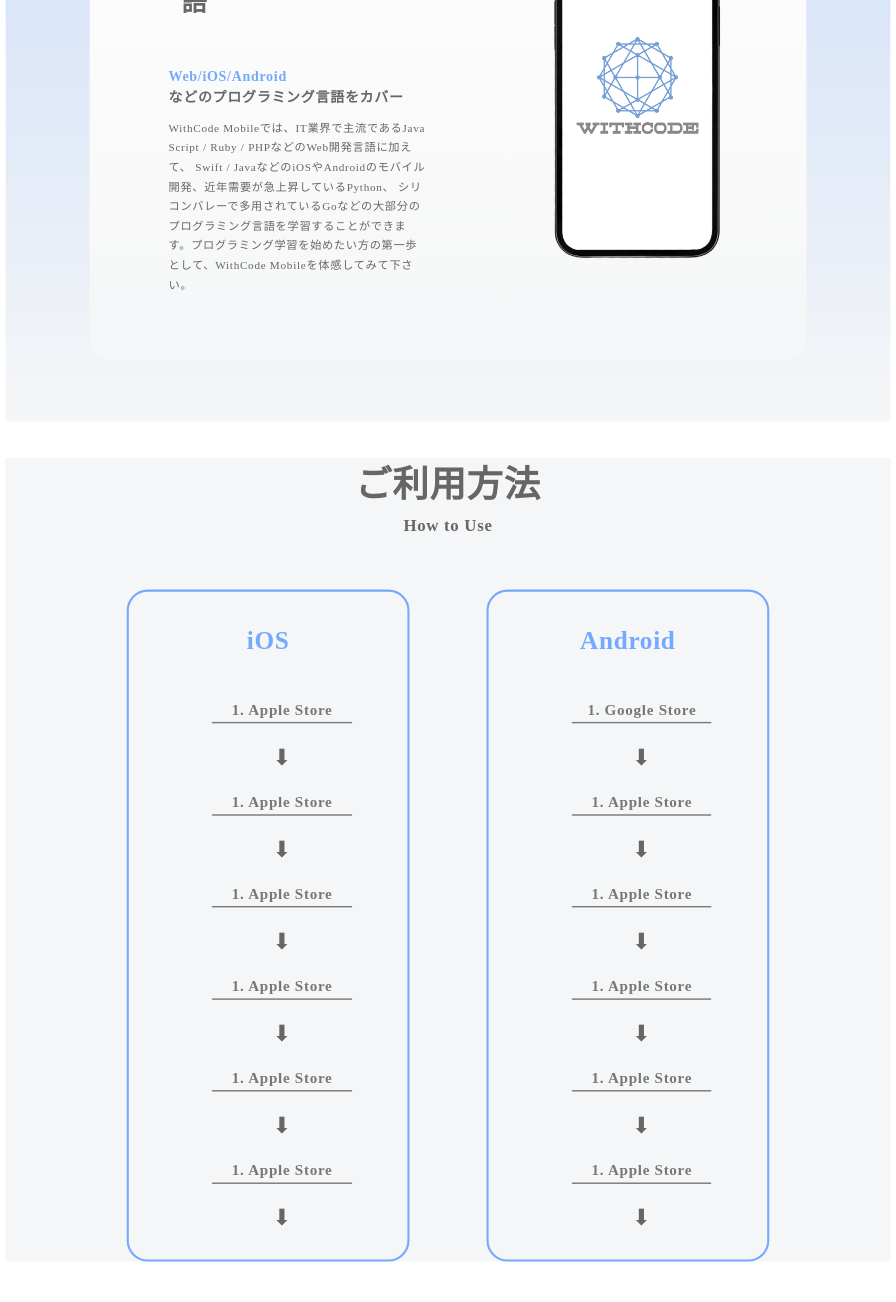
Repository: nozomi-23/LP2
Page: index.html
An editor plug-in stored every save of this project. The page is shown before and after the next save, followed by the edit.
The browser window is 1280 px wide. The pictures show the part of the page from y = 3415 to 5335 px (the page is 5275 px tall before and 5335 px after), at 70% of full size.

Above is the page before, as saved 2022-06-15 18:17:03.
Not found: css/reset.css

### index.html
<!DOCTYPE html>
<html lang="en">
<head>
  <meta charset="UTF-8">
  <title>プログラミング教材「WithCode」</title>
  <meta name="description" content="「人生をコードと共に」というビジョンを達成するべく、皆さんのプログラミング学習をサポートします。">
  <meta name="keywords" content="IT,プログラミング,コミュニティ">
  <meta name="viewport" content="width=device-width, initial-scale=1.0">
  <meta property="og:title" content="プログラミング教材「WithCode」">
  <meta property="og:type" content="article">
  <meta property="og:url" content="https://withcode-plus.tech">
  <meta property="og:image" content="img/logo.png">
  <meta property="og:description" content="「人生をコードと共に」というビジョンを達成するべく、皆さんのプログラミング学習をサポートします。">
  <meta property="og:site_name" content="プログラミング教材">
  <link rel="icon" href="favicon.ico">
  <link rel="apple-touch-icon" sizes="180x180" href="img/logo.png">
  <link rel="stylesheet" type="text/css" href="css/reset.css">
  <link rel="stylesheet" type="text/css" href="css/common.css">
</head>
<body>
  <!--======================= header -->
  <header>
    <div class="header_inner">
      <a href="#" class="header_logo">
        <img src="img/logo_1.png" alt="ロゴ画像">
      </a>
      <nav class="header_nav">
        <ul>
          <li><a href="#intro">アプリ紹介</a></li>
          <li><a href="#how">ご利用方法</a></li>
          <li><a href="#faq">よくある質問</a></li>
          <li><a href="#news">お知らせ</a></li>
          <li class="contact"><a href="#contact">お問い合わせ</a></li>
        </ul>
      </nav>
    </div>
    <!-- ハンバーガーメニュー CSS64行目〜 -->
    <div class="drawer"></div>
  </header>
  <main>
    <!--======================= top -->
    <section class="top section">
      <div class="inner">
        <div class="top_wrapper">
          <div class="top_left">
            <h1 class="font1">
              <p>WithCode Mobile</p>
              <small>−ゲームでプログラミン学習を−</small>
            </h1>
            <div class="download_wrapper">
              <div class="download_app">
                <a href="https://www.apple.com/jp/app-store/">
                  <img src="img/apple.png" alt="app store">
                </a>
              </div>
              <div class="download_google">
                <a href="https://play.google.com/store/apps?hl=ja&gl=US">
                  <img src="/img/google.png" alt="Google_Play">
                </a>
              </div>
            </div>
          </div>
          <div class="top_right">
            <img src="img/app_img_1.png" alt="スマホ画像">
          </div>
        </div>
      </div>
    </section>
    <!--======================= feature -->
    <section class="feature">
      <div class="inner">
        <h2 class="font2">
          WithCode Mobile<br>ゲームで学習するとは
        </h2>
        <p class="feature_txt">「WithCode
        Mobile」は既存のプログラミング学習には存在しない、ゲームを通じて楽しみながらプログラミングを学習することを可能にします。社会のIT化が進む中で、これまで以上に優秀なIT人材が必須となっています。この社会課題に対して、WithCode
        Mobileはゲームを通じてIT人材を排出していきます。また、楽しみながらの学習を可能にしているので、挫折率を圧倒的に減少させることに成功しています。さあ、新たな手法でプログラミングを学習しましょう！</p>
      </div>
    </section>
    <!--======================= intro -->
    <section class="intro section" id="intro">
      <div class="inner">
        <h3 class="font3">アプリ紹介
          <small>Introduction</small></h3>
        <div class="app_all">
          <div class="app_innre">
            <div class="app_wrapper">
              <div class="app_left">
                <h4 class="font4">多種多様な<br>プログラミング言語</h4>
                <h5 class="font5">
                  <strong>Web/iOS/Android</strong>
                  <br>などのプログラミング言語をカバー
                </h5>
                <p class="descript">WithCode Mobileでは、IT業界で主流であるJavaScript / Ruby / PHPなどのWeb開発言語に加えて、 Swift / JavaなどのiOSやAndroidのモバイル開発、近年需要が急上昇しているPython、
                シリコンバレーで多用されているGoなどの大部分のプログラミング言語を学習することができます。プログラミング学習を始めたい方の第一歩として、WithCode Mobileを体感してみて下さい。</p>
              </div>
              <div class="app_right">
                <img src="img/app_img_2.png" alt="アプリ紹介１">
              </div>
            </div>
          </div>
          <div class="app_innre">
            <div class="app_wrapper reverse_wrapper">
              <div class="app_left raverse_left">
                <h4 class="font4">多種多様な<br>プログラミング言語</h4>
                <h5 class="font5">
                  <strong>Web/iOS/Android</strong>
                  <br>などのプログラミング言語をカバー
                </h5>
                <p class="descript">WithCode Mobileでは、IT業界で主流であるJavaScript / Ruby / PHPなどのWeb開発言語に加えて、 Swift /
                  JavaなどのiOSやAndroidのモバイル開発、近年需要が急上昇しているPython、
                  シリコンバレーで多用されているGoなどの大部分のプログラミング言語を学習することができます。プログラミング学習を始めたい方の第一歩として、WithCode Mobileを体感してみて下さい。</p>
              </div>
              <div class="app_right reverse_right">
                <img src="img/app_img_2.png" alt="アプリ紹介１">
              </div>
            </div>
          </div>
          <div class="app_innre">
            <div class="app_wrapper">
              <div class="app_left">
                <h4 class="font4">多種多様な<br>プログラミング言語</h4>
                <h5 class="font5">
                  <strong>Web/iOS/Android</strong>
                  <br>などのプログラミング言語をカバー
                </h5>
                <p class="descript">WithCode Mobileでは、IT業界で主流であるJavaScript / Ruby / PHPなどのWeb開発言語に加えて、 Swift /
                  JavaなどのiOSやAndroidのモバイル開発、近年需要が急上昇しているPython、
                  シリコンバレーで多用されているGoなどの大部分のプログラミング言語を学習することができます。プログラミング学習を始めたい方の第一歩として、WithCode Mobileを体感してみて下さい。</p>
              </div>
              <div class="app_right">
                <img src="img/app_img_2.png" alt="アプリ紹介１">
              </div>
            </div>
          </div>
        </div>
      </div>
    </section>
        <!--======================= how -->
    <section class="how secton" id="how">
      <div class="inner">
        <h3 class="font3 font3_sub">ご利用方法
          <small>How to Use</small>
        </h3>
        <div class="how_wrapper">
          <div class="how_block">
            <h4 class="font4 font4_sub">iOS</h4>
            <ul class="how_list">
              <li>1. Apple Store</li>
              <p>⬇︎</p>
              <li>1. Apple Store</li>
              <p>⬇︎</p>
              <li>1. Apple Store</li>
              <p>⬇︎</p>
              <li>1. Apple Store</li>
              <p>⬇︎</p>
              <li>1. Apple Store</li>
              <p>⬇︎</p>
              <li>1. Apple Store</li>
              <p>⬇︎</p>
            </ul>
          </div>
          <div class="how_block">
            <h4 class="font4 font4_sub">Android</h4>
            <ul class="how_list">
              <li>1. Google Store</li>
              <p>⬇︎</p>
              <li>1. Apple Store</li>
              <p>⬇︎</p>
              <li>1. Apple Store</li>
              <p>⬇︎</p>
              <li>1. Apple Store</li>
              <p>⬇︎</p>
              <li>1. Apple Store</li>
              <p>⬇︎</p>
              <li>1. Apple Store</li>
              <p>⬇︎</p>
            </ul>
          </div>
        </div>
      </div>
    </section>
  </main>
</body>
</html>

### css/common.css
@charset "UTF-8";

body {
  font-size: 18px;
  line-height: 1;
  letter-spacing: 1px;
  word-break: break-all;
  color: #666;
}

a {
  text-decoration: none;
  color: #666;
}

li {
  list-style: none;
}
/* ===================
header
=======================*/
.header_inner {
  display: flex;
  justify-content: space-between;
  align-items: center;
  margin: 1%;
}
.header_logo {
  width: 20%;
}
.header_logo img {
  width: 100%;
  height: 100%;
}
.header_nav {
  width: 70%;
}
.header_nav ul {
  display: flex;
  justify-content: flex-end;
  align-items: center;
}
.header_nav ul li {
  text-align: center;
  font-size: 1.1rem;
  font-weight: bold;
  margin: 0 2%;
}
.header_nav ul li:hover {
  opacity: 0.5;
}
.contact {
  width: 18%;
  background: #75a9ff;
  border-radius: 30px;
  line-height: 3;
}
.contact a {
  color: #fff;
  display: block;
  width: 100%;
  height: 100%;
}
/* ハンバーガーメニュー 要素を不可視にする*/
.drawer {
  visibility: hidden;
}
/* ===================
共通レイアウト
=======================*/
.section {
  padding: 7% 0 ;
  position: relative;
}
.inner {
  width: 90%;
  margin: 0 auto;
}
/* ===================
top
=======================*/
.top_wrapper {
  display: flex;
  justify-content: space-evenly;
  align-items: center;
}
.top_left {
  width: 50%;
}
.font1 {
  font-size: 1.5rem;
  font-weight: bold;
  text-align: center;
}
.font1 p {
  font-size: 3.25rem;
  text-align: center;
  color: #75a9ff;
  line-height: 2;
}
.font1 small {
  font-size: 1.75rem;
  font-weight: bold;
}
.download_wrapper {
  display: flex;
  margin: 5% 0;
}
.download_app {
  width: 50%;
}
.download_app a {
  display: flex;
  justify-content: center;
}
.download_app img {
  width: 60%;
}
.download_google {
  width: 50%;
}
.download_google a {
  display: flex;
  justify-content: center;
}
.download_google img {
  width: 60%;
}
.top_right {
  width: 40%;
}
.top_right img {
  width: 100%;
  height: 100%;
}
/* ===================
feature
=======================*/
.feature {
  width: 75%;
  margin: 0 auto;
}
.font2 {
  font-size: 1.75rem;
  color: #75a9ff;
  line-height: 1.5;
  margin-bottom: 2.5%;
}
.font2::after {
  content: "";
  background: #75a9ff;
  height: 2px;
  width: 10%;
  display: inline-block;
  vertical-align: middle;
  margin-left: 2%;
}
.feature_txt {
  line-height: 1.8;
}
/* ===================
intro
=======================*/
.intro {
  background: linear-gradient(to bottom, #75a9ff, #f5f6f7);
  margin-top: 5%;
}
.font3 {
  font-size: 3.25rem;
  color: #fff;
  text-align: center;
  padding-bottom: 1.5%;
  line-height: 1.5;
}
.font3 small {
  font-size: 1.5rem;
  display: block;
}
.app_all {
  width: 90%;
  margin: 0 auto;
}
.app_innre {
  background: linear-gradient(to bottom, #fff, #f5f6f7);
  border-radius: 30px;
  padding: 7.5% 5%;
  margin-top: 5%;
}
.app_wrapper {
  display: flex;
  justify-content: space-evenly;
  align-items: center;
}
.app_left {
  width: 40%;
}
.font4 {
  font-size: 2.25rem;
  line-height: 1.25;
  padding: 5%;
}
.font5 {
  font-size: 1.25rem;
  margin-bottom: 3%;
  line-height: 1.5;
}
.font5 strong {
  color: #75a9ff;
}
.descript {
  font-size: 1rem;
  line-height: 1.75;
}
.app_right{
  width: 40%;
  display: flex;
  justify-content: flex-end;
}
.app_right img {
  width: 70%;
}
.reverse_wrapper {
  flex-flow: row-reverse;
}
.reverse_right {
  justify-content: flex-start;
}
/* ===================
how
=======================*/
.how {
  background: #f5f6f7;
}
.font3_sub {
  color: #666;
}
.how_wrapper {
  display: flex;
  justify-content: space-evenly;
  align-items: center;
  margin: 5% 0;
}
.how_block {
  width: 35%;
  border: 3px solid #75a9FF;
  border-radius: 30px;
  text-align: center;
}
.font4_sub {
color: #75a9ff;
padding: unset;
font-size: 2.25rem;
}
.how_list {
  display: inline-block;
  width: 50%;
  margin: 3% 0;
}
.how_list li {
  border-bottom: 2.5px solid #777;
  padding: 3%;
  font-size: 1.35rem;
  font-weight: bold;
  color: #777;
}
.how_list p {
  font-size: 2rem;
  p
}

After the next save:
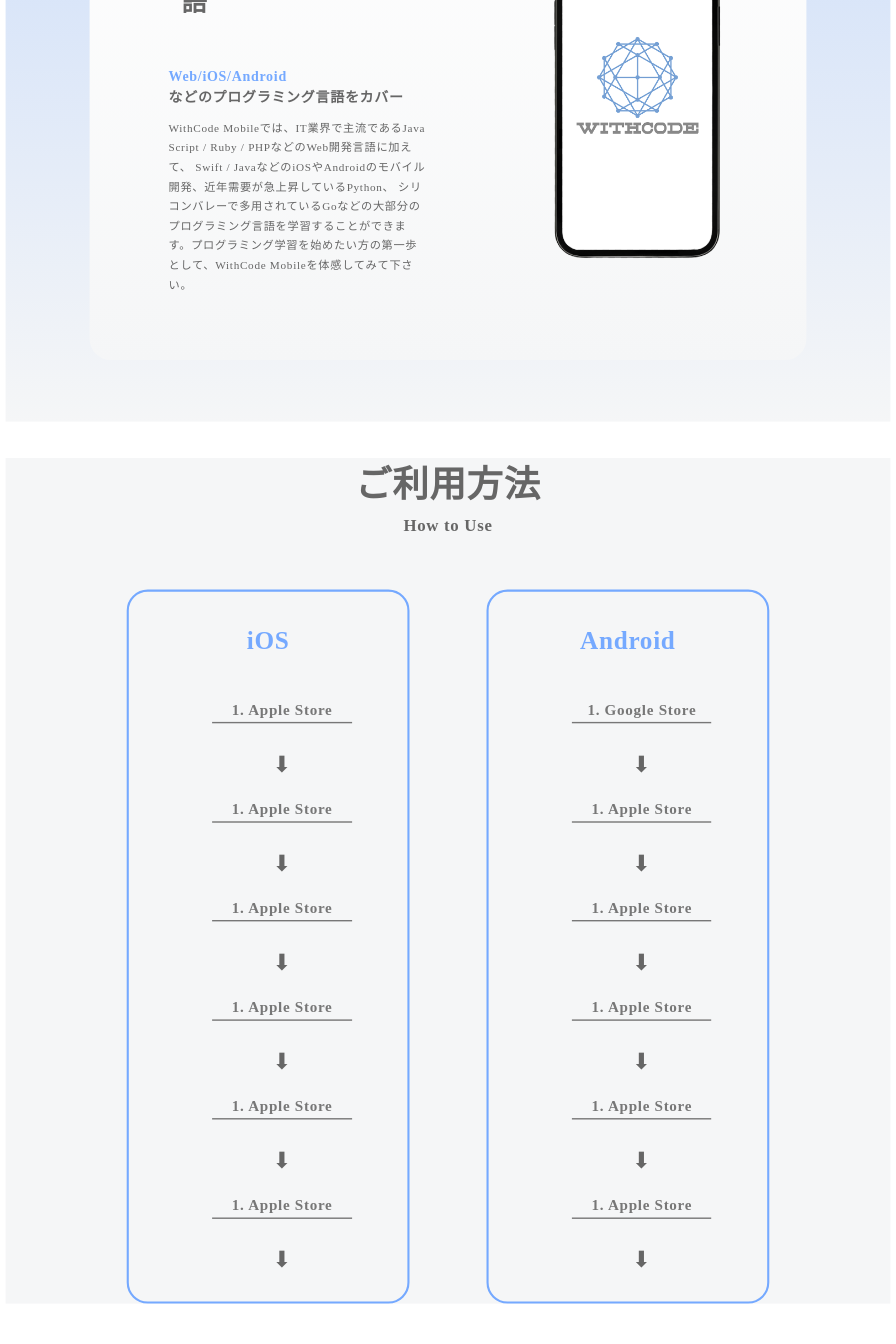
Saved 5 s later.
--- a/css/common.css
+++ b/css/common.css
@@ -265,5 +265,5 @@
 }
 .how_list p {
   font-size: 2rem;
-  p
-}
+  padding-top: 5%;
+}
